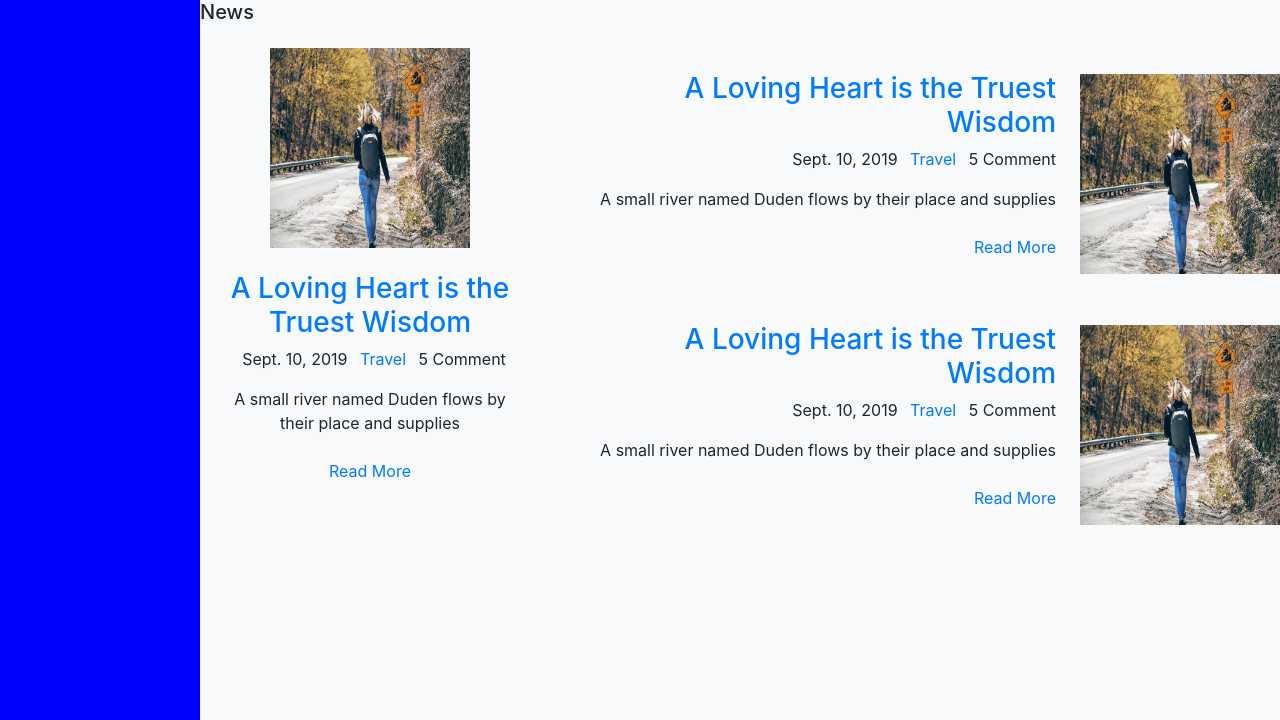
Repository: tts2610/GoogleNews
Page: index.html
The author's editor kept a copy of each file at every save. The page is drawn from the files as they stood at one save, then again after the next save.
The browser window is 1280 px wide. The pictures show the whole page.
The page's requests for data from a server got no answer.

Above is the page before, as saved 2020-05-20 13:53:57.

### index.html
<!DOCTYPE html>
<html lang="en">

<head>
    <meta charset="UTF-8">
    <meta name="viewport" content="width=device-width, initial-scale=1.0">
    <title>Document</title>
    <link rel="stylesheet" href="https://maxcdn.bootstrapcdn.com/bootstrap/4.4.1/css/bootstrap.min.css">

    <!-- jQuery library -->
    <script src="https://ajax.googleapis.com/ajax/libs/jquery/3.5.1/jquery.min.js"></script>

    <!-- Popper JS -->
    <script src="https://cdnjs.cloudflare.com/ajax/libs/popper.js/1.16.0/umd/popper.min.js"></script>

    <!-- Latest compiled JavaScript -->
    <script src="https://maxcdn.bootstrapcdn.com/bootstrap/4.4.1/js/bootstrap.min.js"></script>
    <link rel="stylesheet" href="css/style.css">
</head>

<body>
    <div class="myContainer">
        <div class="sidenav"></div>
        <div class="content">
            <div class="content-header mb-4">
                <h5>News</h5>
            </div>
            <div class="row">
                <div class="col-4 d-flex">
                    <div class="blog-entry-left">
                        <div>
                            <img src="img/image_8.jpg" width="200" height="200">
                        </div>
                        <div class="text p-4" style="text-align: center;">
                            <h3 class="mb-2"><a href="single.html">A Loving Heart is the Truest Wisdom</a></h3>
                            <div class="meta-wrap">
                                <p class="meta">
                                    <span><i class="icon-calendar mr-2"></i>Sept. 10, 2019</span>
                                    <span><a href="single.html"><i class="icon-folder-o mr-2"></i>Travel</a></span>
                                    <span><i class="icon-comment2 mr-2"></i>5 Comment</span>
                                </p>
                            </div>
                            <p class="mb-4">A small river named Duden flows by their place and supplies</p>
                            <p><a href="#" class="btn-custom">Read More <span class="ion-ios-arrow-forward"></span></a></p>
                        </div>
                    </div>
                </div>
                <div class="col-8 d-flex">
                    <div class="row">
                        <div class="col-md-12">
                            <div class="blog-entry ftco-animate d-md-flex align-items-center">
                                <div class="text text-2 text-md-right p-4">
                                    <h3 class="mb-2"><a href="single.html">A Loving Heart is the Truest Wisdom</a></h3>
                                    <div class="meta-wrap">
                                        <p class="meta">
                                            <span><i class="icon-calendar mr-2"></i>Sept. 10, 2019</span>
                                            <span><a href="single.html"><i class="icon-folder-o mr-2"></i>Travel</a></span>
                                            <span><i class="icon-comment2 mr-2"></i>5 Comment</span>
                                        </p>
                                    </div>
                                    <p class="mb-4">A small river named Duden flows by their place and supplies</p>
                                    <p><a href="#" class="btn-custom">Read More <span class="ion-ios-arrow-forward"></span></a></p>
                                </div>
                                <div class="news-img"><img src="img/image_8.jpg" width="200" height="200"></div>
                            </div>
                        </div>
                        <div class="col-md-12">
                            <div class="blog-entry ftco-animate d-md-flex align-items-center">
                                <div class="text text-2 text-md-right p-4">
                                    <h3 class="mb-2"><a href="single.html">A Loving Heart is the Truest Wisdom</a></h3>
                                    <div class="meta-wrap">
                                        <p class="meta">
                                            <span><i class="icon-calendar mr-2"></i>Sept. 10, 2019</span>
                                            <span><a href="single.html"><i class="icon-folder-o mr-2"></i>Travel</a></span>
                                            <span><i class="icon-comment2 mr-2"></i>5 Comment</span>
                                        </p>
                                    </div>
                                    <p class="mb-4">A small river named Duden flows by their place and supplies</p>
                                    <p><a href="#" class="btn-custom">Read More <span class="ion-ios-arrow-forward"></span></a></p>
                                </div>
                                <div class="news-img"><img src="img/image_8.jpg" width="200" height="200"></div>
                            </div>
                        </div>
                    </div>
                </div>
            </div>


        </div>
    </div>

    <script src="js/script.js"></script>
</body>

</html>

### css/style.css
body {
    margin: 0
}

.myContainer {
    display: flex;
    justify-content: start;
}

.sidenav {
    height: 100vh;
    width: 200px;
    float: left;
    position: relative;
    background-color: blue;
}

.content {
    height: 100vh;
    width: calc(100% - 200px);
    float: right;
    position: relative;
    background-color: #f8f9fa;
    overflow-y: scroll;
}

.blog-entry-left {
    display: flex;
    flex-direction: column;
    align-items: center;
}

### js/script.js
let newsList = [];
const apiKey = "2dc86bcdc7184b17b45b74b30858f75a"
const loadNews = async() => {
    let url = `https://newsapi.org/v2/top-headlines?country=us&apiKey=${apiKey}`;
    let data = await fetch(url);
    let result = await data.json();

    console.log("what we get here", result);
}

loadNews();

After the next save:
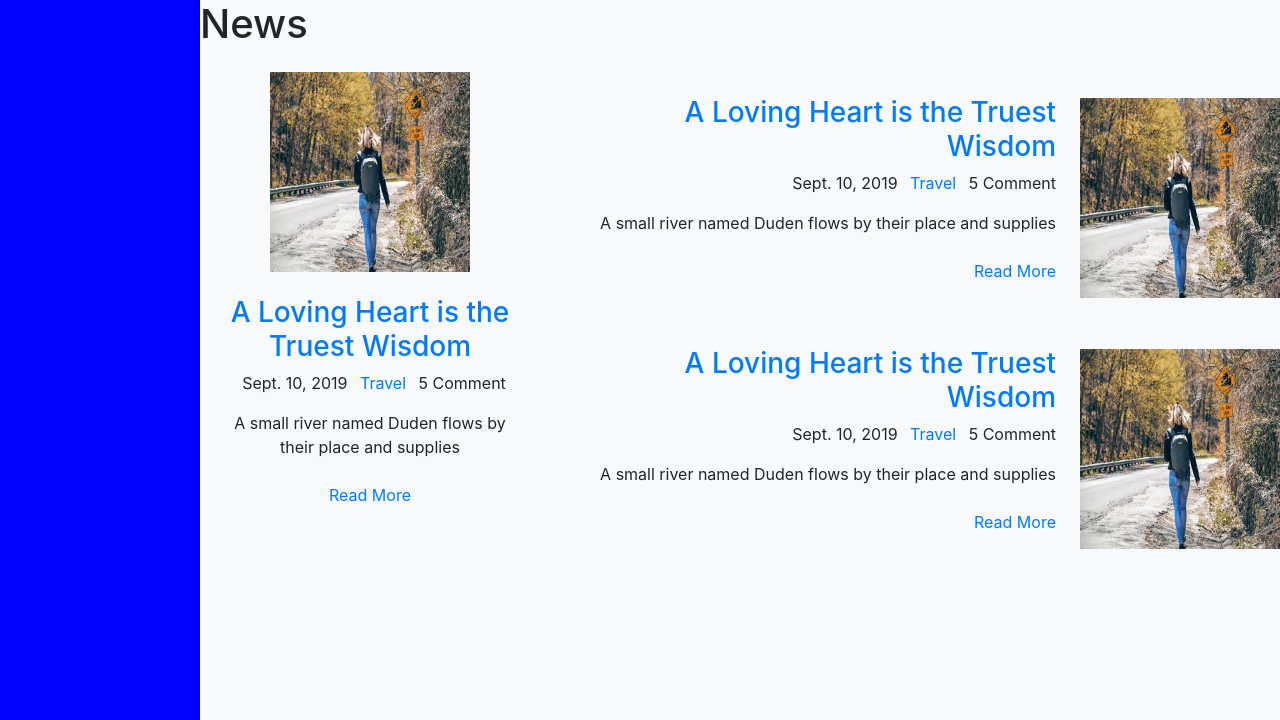
Saved 4 s later.
--- a/index.html
+++ b/index.html
@@ -23,7 +23,7 @@
         <div class="sidenav"></div>
         <div class="content">
             <div class="content-header mb-4">
-                <h5>News</h5>
+                <h1>News</h1>
             </div>
             <div class="row">
                 <div class="col-4 d-flex">
